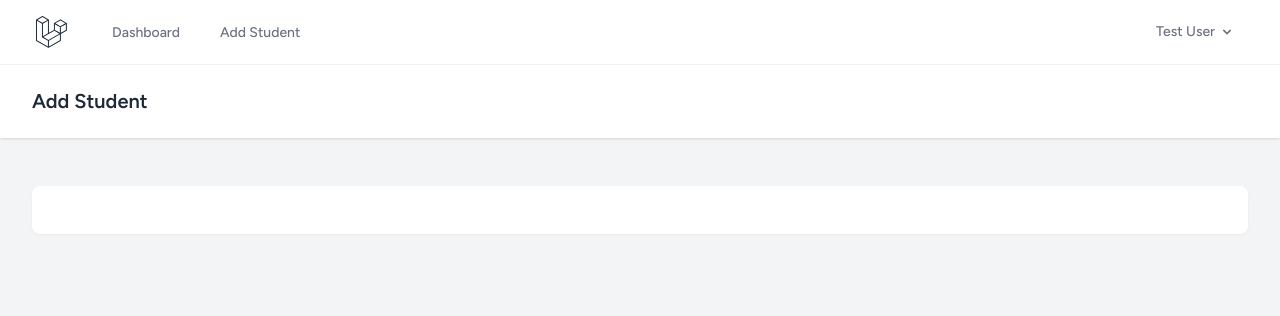
Repository: rkrukshan/CRUD-with-Laravel-V.10-Breeze
Page: http://localhost/add-student
An editor plug-in stored every save of this project. The page is shown before and after the next save, followed by the edit.
The browser window is 1280 px wide. The pictures show the whole page.
The page is served by the project's Laravel application, run on PHP 8.4 with Laravel 10. A made-up administrator, Test User (test@example.com), is signed in. Other server files are loaded and not shown. Style sheets and scripts are compiled from the project's sources, by tool versions that may differ from the author's.

Above is the page before, as saved 2023-11-14 20:10:17.

### app/Providers/AppServiceProvider.php
<?php

namespace App\Providers;

use Illuminate\Support\Facades\Schema;
use Illuminate\Support\ServiceProvider;

class AppServiceProvider extends ServiceProvider
{
    /**
     * Register any application services.
     */
    public function register(): void
    {
        //
    }

    /**
     * Bootstrap any application services.
     */
    public function boot(): void
    {
        Schema::defaultStringLength('191');
    }
}

### routes/web.php
<?php

use App\Http\Controllers\ProfileController;
use App\Http\Controllers\StudentController;
use Illuminate\Support\Facades\Route;

/*
|--------------------------------------------------------------------------
| Web Routes
|--------------------------------------------------------------------------
|
| Here is where you can register web routes for your application. These
| routes are loaded by the RouteServiceProvider and all of them will
| be assigned to the "web" middleware group. Make something great!
|
*/

Route::get('/', function () {
    return view('welcome');
});

Route::get('/dashboard', function () {
    return view('dashboard');
})->middleware(['auth', 'verified'])->name('dashboard');

Route::middleware('auth')->group(function () {
    Route::get('/profile', [ProfileController::class, 'edit'])->name('profile.edit');
    Route::patch('/profile', [ProfileController::class, 'update'])->name('profile.update');
    Route::delete('/profile', [ProfileController::class, 'destroy'])->name('profile.destroy');
});

require __DIR__.'/auth.php';


Route::controller(StudentController::class)->group(function () {
    Route::get('/add-student', 'create');
    // Route::post('/orders', 'store');
});

### app/Http/Controllers/StudentController.php
<?php

namespace App\Http\Controllers;

use Illuminate\Http\Request;

class StudentController extends Controller
{
    /**
     * Display a listing of the resource.
     */
    public function index()
    {
        //
    }

    /**
     * Show the form for creating a new resource.
     */
    public function create()
    {
        return view('student.create');
    }

    /**
     * Store a newly created resource in storage.
     */
    public function store(Request $request)
    {
        //
    }

    /**
     * Display the specified resource.
     */
    public function show(string $id)
    {
        //
    }

    /**
     * Show the form for editing the specified resource.
     */
    public function edit(string $id)
    {
        //
    }

    /**
     * Update the specified resource in storage.
     */
    public function update(Request $request, string $id)
    {
        //
    }

    /**
     * Remove the specified resource from storage.
     */
    public function destroy(string $id)
    {
        //
    }
}

### resources/views/student/create.blade.php
<x-app-layout>
    <x-slot name="header">
        <h2 class="font-semibold text-xl text-gray-800 dark:text-gray-200 leading-tight">
            {{ __('Add Student') }}
        </h2>
    </x-slot>

    <div class="py-12">
        <div class="max-w-7xl mx-auto sm:px-6 lg:px-8">
            <div class="bg-white dark:bg-gray-800 overflow-hidden shadow-sm sm:rounded-lg">
                <div class="p-6 text-gray-900 dark:text-gray-100">
                    <form action="" method="POST">
                        @csrf


                    </form>
                </div>
            </div>
        </div>
    </div>
</x-app-layout>

### resources/views/layouts/navigation.blade.php
<nav x-data="{ open: false }" class="bg-white dark:bg-gray-800 border-b border-gray-100 dark:border-gray-700">
    <!-- Primary Navigation Menu -->
    <div class="max-w-7xl mx-auto px-4 sm:px-6 lg:px-8">
        <div class="flex justify-between h-16">
            <div class="flex">
                <!-- Logo -->
                <div class="shrink-0 flex items-center">
                    <a href="{{ route('dashboard') }}">
                        <x-application-logo class="block h-9 w-auto fill-current text-gray-800 dark:text-gray-200" />
                    </a>
                </div>

                <!-- Navigation Links -->
                <div class="hidden space-x-8 sm:-my-px sm:ms-10 sm:flex">
                    <x-nav-link :href="route('dashboard')" :active="request()->routeIs('dashboard')">
                        {{ __('Dashboard') }}
                    </x-nav-link>


                    <x-nav-link :href="url('add-student')" :active="request()->routeIs('dashboard')">
                        {{ __('Add Student') }}
                    </x-nav-link>


                    {{--  <x-nav-link :href="route('dashboard')" :active="request()->routeIs('dashboard')">
                        {{ __('Dashboard') }}
                    </x-nav-link>  --}}
                </div>
            </div>

            <!-- Settings Dropdown -->
            <div class="hidden sm:flex sm:items-center sm:ms-6">
                <x-dropdown align="right" width="48">
                    <x-slot name="trigger">
                        <button class="inline-flex items-center px-3 py-2 border border-transparent text-sm leading-4 font-medium rounded-md text-gray-500 dark:text-gray-400 bg-white dark:bg-gray-800 hover:text-gray-700 dark:hover:text-gray-300 focus:outline-none transition ease-in-out duration-150">
                            <div>{{ Auth::user()->name }}</div>

                            <div class="ms-1">
                                <svg class="fill-current h-4 w-4" xmlns="http://www.w3.org/2000/svg" viewBox="0 0 20 20">
                                    <path fill-rule="evenodd" d="M5.293 7.293a1 1 0 011.414 0L10 10.586l3.293-3.293a1 1 0 111.414 1.414l-4 4a1 1 0 01-1.414 0l-4-4a1 1 0 010-1.414z" clip-rule="evenodd" />
                                </svg>
                            </div>
                        </button>
                    </x-slot>

                    <x-slot name="content">
                        <x-dropdown-link :href="route('profile.edit')">
                            {{ __('Profile') }}
                        </x-dropdown-link>

                        <!-- Authentication -->
                        <form method="POST" action="{{ route('logout') }}">
                            @csrf

                            <x-dropdown-link :href="route('logout')"
                                    onclick="event.preventDefault();
                                                this.closest('form').submit();">
                                {{ __('Log Out') }}
                            </x-dropdown-link>
                        </form>
                    </x-slot>
                </x-dropdown>
            </div>

            <!-- Hamburger -->
            <div class="-me-2 flex items-center sm:hidden">
                <button @click="open = ! open" class="inline-flex items-center justify-center p-2 rounded-md text-gray-400 dark:text-gray-500 hover:text-gray-500 dark:hover:text-gray-400 hover:bg-gray-100 dark:hover:bg-gray-900 focus:outline-none focus:bg-gray-100 dark:focus:bg-gray-900 focus:text-gray-500 dark:focus:text-gray-400 transition duration-150 ease-in-out">
                    <svg class="h-6 w-6" stroke="currentColor" fill="none" viewBox="0 0 24 24">
                        <path :class="{'hidden': open, 'inline-flex': ! open }" class="inline-flex" stroke-linecap="round" stroke-linejoin="round" stroke-width="2" d="M4 6h16M4 12h16M4 18h16" />
                        <path :class="{'hidden': ! open, 'inline-flex': open }" class="hidden" stroke-linecap="round" stroke-linejoin="round" stroke-width="2" d="M6 18L18 6M6 6l12 12" />
                    </svg>
                </button>
            </div>
        </div>
    </div>

    <!-- Responsive Navigation Menu -->
    <div :class="{'block': open, 'hidden': ! open}" class="hidden sm:hidden">
        <div class="pt-2 pb-3 space-y-1">
            <x-responsive-nav-link :href="route('dashboard')" :active="request()->routeIs('dashboard')">
                {{ __('Dashboard') }}
            </x-responsive-nav-link>
        </div>

        <!-- Responsive Settings Options -->
        <div class="pt-4 pb-1 border-t border-gray-200 dark:border-gray-600">
            <div class="px-4">
                <div class="font-medium text-base text-gray-800 dark:text-gray-200">{{ Auth::user()->name }}</div>
                <div class="font-medium text-sm text-gray-500">{{ Auth::user()->email }}</div>
            </div>

            <div class="mt-3 space-y-1">
                <x-responsive-nav-link :href="route('profile.edit')">
                    {{ __('Profile') }}
                </x-responsive-nav-link>

                <!-- Authentication -->
                <form method="POST" action="{{ route('logout') }}">
                    @csrf

                    <x-responsive-nav-link :href="route('logout')"
                            onclick="event.preventDefault();
                                        this.closest('form').submit();">
                        {{ __('Log Out') }}
                    </x-responsive-nav-link>
                </form>
            </div>
        </div>
    </div>
</nav>

Loaded but not shown: routes/auth.php (common file); app/Http/Controllers/Auth/EmailVerificationPromptController.php (common file); app/Http/Controllers/Controller.php (common file); app/Http/Controllers/Auth/VerifyEmailController.php (common file); app/Models/User.php (common file); app/View/Components/AppLayout.php (common file); resources/views/layouts/app.blade.php (common file); resources/views/components/application-logo.blade.php (common file); resources/views/components/nav-link.blade.php (common file); resources/views/components/dropdown-link.blade.php (common file); resources/views/components/dropdown.blade.php (common file); resources/views/components/responsive-nav-link.blade.php (common file); resources/css/app.css (common file); tailwind.config.js (common file); resources/js/app.js (common file); resources/js/bootstrap.js (common file); resources/views/components/input-label.blade.php (common file); resources/views/components/text-input.blade.php (common file); resources/views/components/input-error.blade.php (common file)

After the next save:
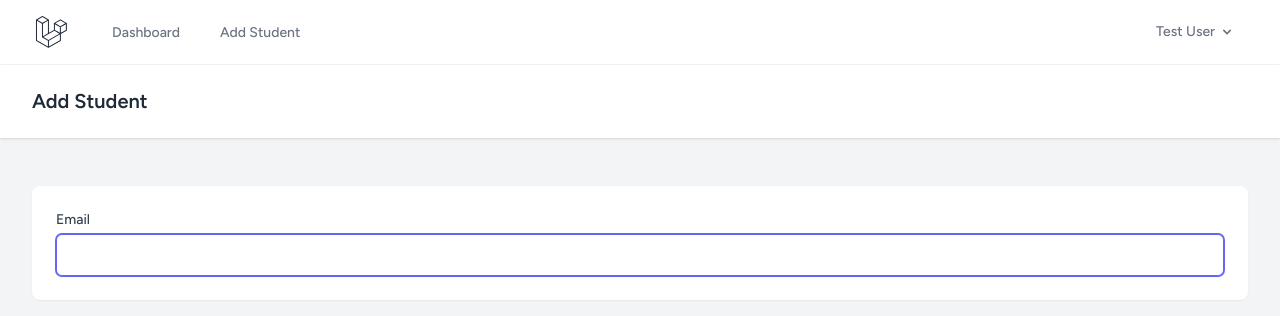
Saved 28 s later.
--- a/resources/views/student/create.blade.php
+++ b/resources/views/student/create.blade.php
@@ -11,7 +11,11 @@
                 <div class="p-6 text-gray-900 dark:text-gray-100">
                     <form action="" method="POST">
                         @csrf
-
+                        <div>
+                            <x-input-label for="email" :value="__('Email')" />
+                            <x-text-input id="email" class="block mt-1 w-full" type="email" name="email" :value="old('email')" required autofocus autocomplete="username" />
+                            <x-input-error :messages="$errors->get('email')" class="mt-2" />
+                        </div>
 
                     </form>
                 </div>
